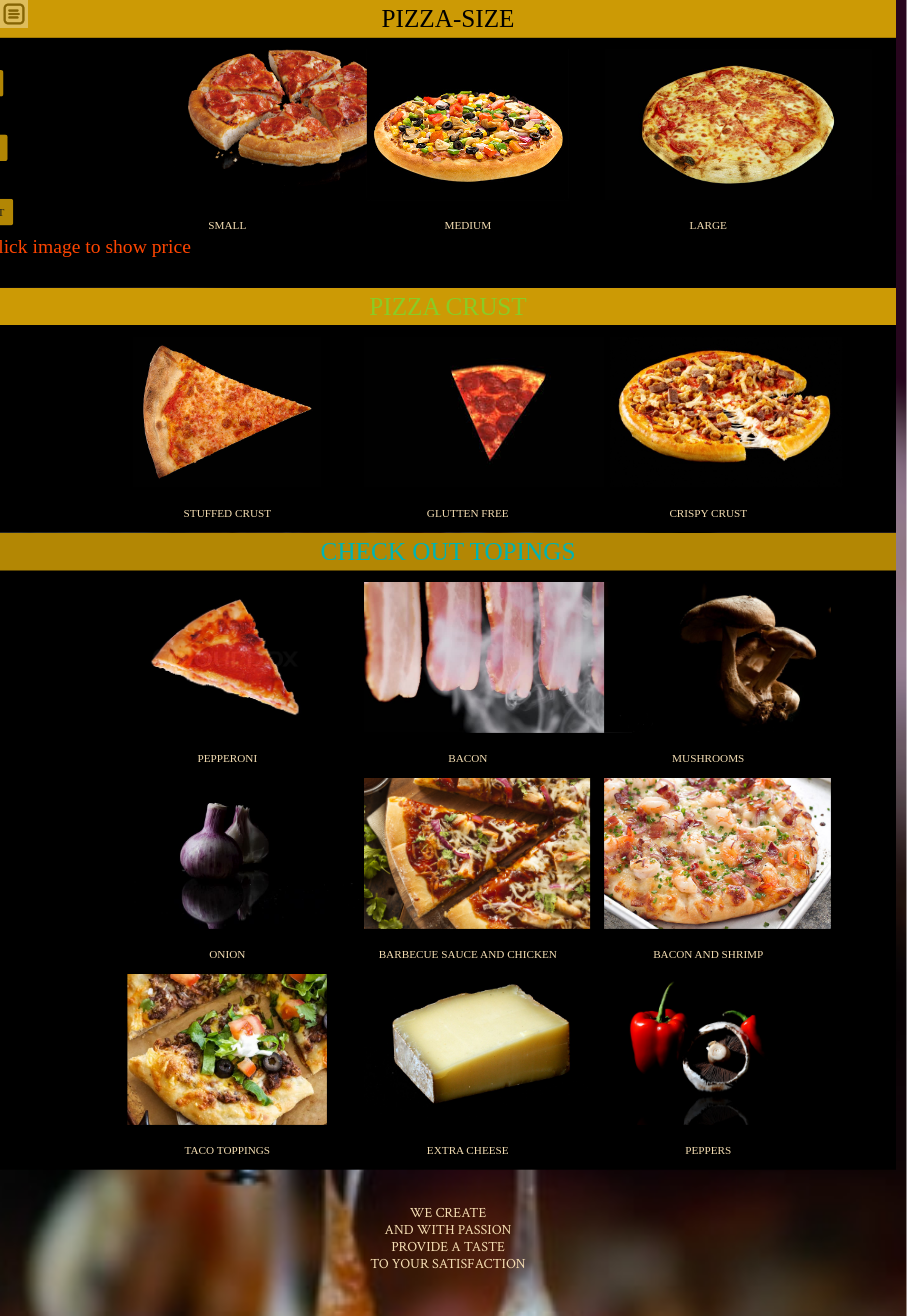
Repository: alexmwaura/MOREO--PIZZA-IP4
Page: mine.html
These files come from the project's save history. The page is drawn as it stood at one moment and after the next save; the edit follows.
The browser window is 1280 px wide. The page is 1303 px wide, so the pictures cover 1303 px, including what lies to the right of the window. The pictures show the part of the page from y = 0 to 1880 px (the page is 3153 px tall before and 3207 px after), at 70% of full size.
Some web fonts or font styles are not loaded; a fallback is used.

Above is the page before, as saved 2019-09-01 18:11:50.

### mine.html
<!DOCTYPE html>
<html lang="en">

<head>
    <meta charset="UTF-8">
    <meta name="viewport" content="width=device-width, initial-scale=1.0">
    <meta http-equiv="X-UA-Compatible" content="ie=edge">

    <title> MOREO RESTAURANT</title>

    <link href="https://fonts.googleapis.com/css?family=Kaushan+Script&display=swap" rel="stylesheet">
    <link href="https://fonts.googleapis.com/css?family=Pacifico|Rancho&display=swap" rel="stylesheet">
    <link href="https://fonts.googleapis.com/css?family=Crimson+Text&display=swap" rel="stylesheet">

    <link rel="stylesheet" href="./CSS/bootstrap.css">
    <link rel="stylesheet" href="./CSS/styles.css">
    <script src="./SCRIPTS/jquery-3.4.1.js"></script>
    <script src="./SCRIPTS/scripts.js"></script>
</head>

<body>
    <nav>
        <a href="#" class="nav-toggle-btn bg-success"></a>
        <ul>
            <li><a href="./index.html" class="btn bg-warning" style="margin-left: -14%">HOME</a></li><br><br>
            <li><a href="#pizza" class="btn bg-warning" style="margin-left: -15%">ORDER</a></li><br><br>
            <li><a href="#nav" class="btn bg-warning" style="margin-left: -35%">CONTACT</a></li>
        </ul>
    </nav>

    <div class="content">


            <div class="address">
                    <div class="">



                        <div class="bg-warning" id="pizza-crust" style="opacity: 0.8">

                            <p style="color: black">PIZZA-SIZE</p>

                        </div>

                        <div class="row">

                            &nbsp;&nbsp;&nbsp;&nbsp;&nbsp;&nbsp;&nbsp;&nbsp;&nbsp;&nbsp;&nbsp;&nbsp;&nbsp;&nbsp;&nbsp;&nbsp;&nbsp;&nbsp;&nbsp;&nbsp;&nbsp;&nbsp;&nbsp;&nbsp;&nbsp;&nbsp;&nbsp;&nbsp;&nbsp;&nbsp;&nbsp;&nbsp;&nbsp;&nbsp;&nbsp;&nbsp;&nbsp;&nbsp;&nbsp;&nbsp;&nbsp;&nbsp;&nbsp;&nbsp;

                            <div class="col-lg-3 col-md-3 col-sm-3">
                                <div id="workS1">
                                    <img src="./IMAGES/small2.png" alt="" class="img-fluid-S1"><br><br>

                                    <div class="overlay">
                                        <div class="line">
                                            <p class="trial1">SMALL</p>
                                            <p class="pS1">
                                                    <h5 class="pS1"><strong> PRICE: <br>
                                                        <em><h1 style="font-size: 10vh">500 ksh</h1></em><br>
                                                    </strong></h5>
                                            </p>

                                        </div>

                                    </div>

                                </div>



                            </div>
                            &nbsp;&nbsp;&nbsp;&nbsp;

                            <div class="col-lg-3 col-md-3 col-sm-3">
                                <div id="workS2">
                                    <img src="./IMAGES/medium.jpg" alt="" class="img-fluid-S2"><br><br>

                                    <div class="overlay">
                                        <div class="line">
                                            <p class="trialS2">MEDIUM </p>
                                            <p class="pS2">
                                                    <h5 class="pS2"><strong> PRICE: <br>
                                                        <em><h1 style="font-size: 10vh">700 ksh</h1></em><br>
                                                    </strong></h5>
                                            </p>



                                        </div>

                                    </div>

                                </div>

                            </div>

                            &nbsp;&nbsp;&nbsp;&nbsp;


                            <div class="col-lg-3 col-md-3 col-sm-3">
                                <div id="workS3">
                                    <img src="./IMAGES/large4.jpg" alt="" class="img-fluid-S3 "><br><br>

                                    <div class="overlay">
                                        <div class="line">
                                            <p class="trialS3">LARGE</p>
                                            <p class="pS3">
                                                    <h5 class="pS3"><strong> PRICE: <br>
                                                        <em><h1 style="font-size: 10vh">1000 ksh</h1></em><br>
                                                </strong></h5>
                                            </p>


                                        </div>

                                    </div>

                                </div>

                            </div>

                            <div class="form-group">
                                <h3 style="color: orangered" style="font-size: 10vh" class="price"> click image to show price</h3>
                            </div>


                        </div>

                    </div>

                </div>







        <div class="address">
            <div class="">



                <div class="bg-warning" id="pizza-crust" style="opacity: 0.8">

                    <p style="color:greenyellow">PIZZA CRUST</p>

                </div>

                <div class="row">

                    &nbsp;&nbsp;&nbsp;&nbsp;&nbsp;&nbsp;&nbsp;&nbsp;&nbsp;&nbsp;&nbsp;&nbsp;&nbsp;&nbsp;&nbsp;&nbsp;&nbsp;&nbsp;&nbsp;&nbsp;&nbsp;&nbsp;&nbsp;&nbsp;&nbsp;&nbsp;&nbsp;&nbsp;&nbsp;&nbsp;&nbsp;&nbsp;&nbsp;&nbsp;&nbsp;&nbsp;&nbsp;&nbsp;&nbsp;&nbsp;&nbsp;&nbsp;&nbsp;&nbsp;

                    <div class="col-lg-3 col-md-3 col-sm-3">
                        <div id="work1">
                            <img src="./IMAGES/stuffed5.jpg" alt="" class="img-fluid-1"><br><br>

                            <div class="overlay">
                                <div class="line">
                                    <p class="trial1">STUFFED CRUST</p>
                                    <p class="p1">
                                        <h5 class="p1"><strong> PRICE: <br>
                                            <em>SMALL; KSH 100</em><br>
                                            <em>MEDIUM; KSH 150</em><br>
                                            <em>LARGE; KSH 200</em>
                                        </strong></h5>
                                    </p>

                                </div>

                            </div>

                        </div>



                    </div>
                    &nbsp;&nbsp;&nbsp;&nbsp;

                    <div class="col-lg-3 col-md-3 col-sm-3">
                        <div id="work2">
                            <img src="./IMAGES/glutten5.jpeg" alt="" class="img-fluid-2"><br><br>

                            <div class="overlay">
                                <div class="line">
                                    <p class="trial2">GLUTTEN FREE </p>
                                    <p class="p2">
                                        <h5 class="p2"><strong> PRICE: <br>
                                            <em>SMALL; KSH 50</em><br>
                                            <em>MEDIUM; KSH 100</em><br>
                                            <em>LARGE; KSH 150</em>
                                        </strong></h5>
                                    </p>



                                </div>

                            </div>

                        </div>

                    </div>

                    &nbsp;&nbsp;&nbsp;&nbsp;


                    <div class="col-lg-3 col-md-3 col-sm-3">
                        <div id="work3">
                            <img src="./IMAGES/crispy3.jpg" alt="" class="img-fluid-3 "><br><br>

                            <div class="overlay">
                                <div class="line">
                                    <p class="trial3">CRISPY CRUST</p>
                                    <p class="p3">
                                        <h5 class="p3"><strong> PRICE: <br>
                                            <em>SMALL; KSH 100</em><br>
                                            <em>MEDIUM; KSH 150</em><br>
                                            <em>LARGE; KSH 200</em>
                                        </strong></h5>
                                    </p>


                                </div>

                            </div>

                        </div>

                    </div>



                </div>

            </div>

        </div>



        <div class="dance">

            <div class="">

                <div class="bg-warning" id="pizza-toppings" style="opacity: 0.7">
                    <p style="color: aqua">CHECK OUT TOPINGS</p>

                </div>

                <div class="row">

                    &nbsp;&nbsp;&nbsp;&nbsp;&nbsp;&nbsp;&nbsp;&nbsp;&nbsp;&nbsp;&nbsp;&nbsp;&nbsp;&nbsp;&nbsp;&nbsp;&nbsp;&nbsp;&nbsp;&nbsp;&nbsp;&nbsp;&nbsp;&nbsp;&nbsp;&nbsp;&nbsp;&nbsp;&nbsp;&nbsp;&nbsp;&nbsp;&nbsp;&nbsp;&nbsp;&nbsp;&nbsp;&nbsp;&nbsp;&nbsp;&nbsp;&nbsp;&nbsp;&nbsp;

                    <div class="col-lg-3 col-md-3 col-sm-3">
                        <div id="work4">
                            <img src="./IMAGES/pepporoni3.jpg" alt="" class="img-fluid-4"><br><br>

                            <div class="overlay">
                                <div class="line">
                                    <p class="trial4">PEPPERONI</p>
                                    <p class="p4">
                                        <h5 class="p4"><strong> PRICE: <br>
                                            <em>SMALL; KSH 50</em><br>
                                            <em>MEDIUM; KSH 70</em><br>
                                            <em>LARGE; KSH 100</em>
                                        </strong></h5>
                                    </p>


                                </div>

                            </div>

                        </div>

                    </div>




                    &nbsp;&nbsp;&nbsp;&nbsp;


                    <div class="col-lg-3 col-md-3 col-sm-3">
                        <div id="work5">
                            <img src="./IMAGES/bacon2.jpg" alt="" class="img-fluid-5"><br><br>

                            <div class="overlay">
                                <div class="line">
                                    <p class="trial5">BACON </p>
                                    <p class="p5">
                                        <h5 class="p5"><strong> PRICE: <br>
                                            <em>SMALL; KSH 80</em><br>
                                            <em>MEDIUM; KSH 100</em><br>
                                            <em>LARGE; KSH 150</em>
                                        </strong></h5>
                                    </p>


                                </div>

                            </div>

                        </div>

                    </div>

                    &nbsp;&nbsp;&nbsp;&nbsp;


                    <div class="col-lg-3 col-md-3 col-sm-3">
                        <div id="work6">
                            <img src="./IMAGES/mushroom3.jpg" alt="" class="img-fluid-6"><br><br>

                            <div class="overlay">
                                <div class="line">
                                    <p class="trial6">MUSHROOMS</p>
                                    <p class="p6">
                                        <h5 class="p6"><strong> PRICE: <br>
                                            <em>SMALL; KSH 80</em><br>
                                            <em>MEDIUM; KSH 120</em><br>
                                            <em>LARGE; KSH 150</em>
                                        </strong></h5>
                                    </p>


                                </div>

                            </div>

                        </div>

                    </div>



                </div>

                <div class="row">

                    &nbsp;&nbsp;&nbsp;&nbsp;&nbsp;&nbsp;&nbsp;&nbsp;&nbsp;&nbsp;&nbsp;&nbsp;&nbsp;&nbsp;&nbsp;&nbsp;&nbsp;&nbsp;&nbsp;&nbsp;&nbsp;&nbsp;&nbsp;&nbsp;&nbsp;&nbsp;&nbsp;&nbsp;&nbsp;&nbsp;&nbsp;&nbsp;&nbsp;&nbsp;&nbsp;&nbsp;&nbsp;&nbsp;&nbsp;&nbsp;&nbsp;&nbsp;&nbsp;&nbsp;

                    <div class="col-lg-3 col-md-3 col-sm-3">
                        <div id="work7">
                            <img src="./IMAGES/onions2.jpg" alt="" class="img-fluid-7"><br><br>

                            <div class="overlay">
                                <div class="line">
                                    <p class="trial4">ONION</p>
                                    <p class="p7">
                                        <h5 class="p7"><strong> PRICE: <br>
                                            <em>SMALL; KSH 20</em><br>
                                            <em>MEDIUM; KSH 30</em><br>
                                            <em>LARGE; KSH 30</em>
                                        </strong></h5>
                                    </p>


                                </div>

                            </div>

                        </div>

                    </div>




                    &nbsp;&nbsp;&nbsp;&nbsp;


                    <div class="col-lg-3 col-md-3 col-sm-3">
                        <div id="work8">
                            <img src="./IMAGES/barbecue.jpg" alt="" class="img-fluid-8"><br><br>

                            <div class="overlay">
                                <div class="line">
                                    <p class="trial5">BARBECUE SAUCE AND CHICKEN </p>
                                    <p class="p8">
                                        <h5 class="p8"><strong> PRICE: <br>
                                            <em>SMALL; KSH 100</em><br>
                                            <em>MEDIUM; KSH 150</em><br>
                                            <em>LARGE; KSH 200</em>
                                        </strong></h5>
                                    </p>


                                </div>

                            </div>

                        </div>

                    </div>

                    &nbsp;&nbsp;&nbsp;&nbsp;


                    <div class="col-lg-3 col-md-3 col-sm-3">
                        <div id="work9">
                            <img src="./IMAGES/shrimp.jpg" alt="" class="img-fluid-9"><br><br>

                            <div class="overlay">
                                <div class="line">
                                    <p class="trial6">BACON AND SHRIMP</p>
                                    <p class="p9">
                                        <h5 class="p9"><strong> PRICE: <br>
                                            <em>SMALL; KSH 80</em><br>
                                            <em>MEDIUM; KSH 100</em><br>
                                            <em>LARGE; KSH 150</em>
                                        </strong></h5>
                                    </p>


                                </div>

                            </div>

                        </div>

                    </div>



                </div>


                <div class="row">

                    &nbsp;&nbsp;&nbsp;&nbsp;&nbsp;&nbsp;&nbsp;&nbsp;&nbsp;&nbsp;&nbsp;&nbsp;&nbsp;&nbsp;&nbsp;&nbsp;&nbsp;&nbsp;&nbsp;&nbsp;&nbsp;&nbsp;&nbsp;&nbsp;&nbsp;&nbsp;&nbsp;&nbsp;&nbsp;&nbsp;&nbsp;&nbsp;&nbsp;&nbsp;&nbsp;&nbsp;&nbsp;&nbsp;&nbsp;&nbsp;&nbsp;&nbsp;&nbsp;&nbsp;

                    <div class="col-lg-3 col-md-3 col-sm-3">
                        <div id="work10">
                            <img src="./IMAGES/taco.jpg" alt="" class="img-fluid-10"><br><br>

                            <div class="overlay">
                                <div class="line">
                                    <p class="trial4">TACO TOPPINGS</p>
                                    <p class="p10">
                                        <h5 class="p10"><strong> PRICE: <br>
                                            <em>SMALL; KSH 100</em><br>
                                            <em>MEDIUM; KSH 150</em><br>
                                            <em>LARGE; KSH 200</em>
                                        </strong></h5>
                                    </p>


                                </div>

                            </div>

                        </div>

                    </div>




                    &nbsp;&nbsp;&nbsp;&nbsp;


                    <div class="col-lg-3 col-md-3 col-sm-3">
                        <div id="work11">
                            <img src="./IMAGES/cheese4.jpg" alt="" class="img-fluid-11"><br><br>

                            <div class="overlay">
                                <div class="line">
                                    <p class="trial5">EXTRA CHEESE </p>
                                    <p class="p11">
                                        <h5 class="p11"><strong> PRICE: <br>
                                            <em>SMALL; KSH 80</em><br>
                                            <em>MEDIUM; KSH 120</em><br>
                                            <em>LARGE; KSH 150</em>
                                        </strong></h5>
                                    </p>


                                </div>

                            </div>

                        </div>

                    </div>

                    &nbsp;&nbsp;&nbsp;&nbsp;


                    <div class="col-lg-3 col-md-3 col-sm-3">
                        <div id="work12">
                            <img src="./IMAGES/pepper1.jpg" alt="" class="img-fluid-12"><br><br>

                            <div class="overlay">
                                <div class="line">
                                    <p class="trial6">PEPPERS</p>
                                    <p class="p12">
                                        <h5 class="p12"><strong> PRICE: <br>
                                            <em>SMALL; KSH 20</em><br>
                                            <em>MEDIUM; KSH 30</em><br>
                                            <em>LARGE; KSH 30</em>
                                        </strong></h5>
                                    </p>


                                </div>

                            </div>

                        </div>

                    </div>



                </div>


            </div>





        </div>

        <div id="trial">


            <div id="pizza">
                <h2 class="pizza">WE CREATE <br>AND WITH PASSION <br> PROVIDE A TASTE <br> TO YOUR SATISFACTION</h2>
                <br><br>
                <h1>FILL IN DETAILS TO START YOUR ORDER:</h1>


            </div><br><br>



        </div>







        <form id="form" class="container">





            <div class="final">





                    <div class="bg-dark" id="pizza-size">
                            <label class="form-control bg-warning" style="font-size: 20px;" >CHOOSE SIZE</label>
                            <h4>Small</h4>
                            <input type="radio" name="size" value="Small" id="small">
                            <h4>Medium</h4>
                            <input type="radio" name="size" value="Medium" id="medium">
                            <h4>Large</h4>
                            <input type="radio" name="size" value="Large" id="large">
                        </div>


                        <div class="bg-dark" id="choose">
                            <label class="form-control bg-warning" style="font-size: 20px;">CHOOSE CRUST</label>
                            <h4>Crispy</h4>
                            <input type="radio" value="Crispy" name="crust" id="crispy">
                            <h4>Stuffed</h4>
                            <input type="radio" value="Stuffed" name="crust" id="stuffed">
                            <h4>glutten free</h4>
                            <input type="radio" value="Gluten-free" name="crust" id="gluten">
                        </div><br><br>







                        <select id="toppings" class="form-control-range btn-dark">

                            <option value="" disabled selected>TOPPINGS</option>
                            <div>
                                <option value="Mushrooms" id="mushrooms">Mushrooms</option>
                            <option value="Onions" id="onions">Onions</option>
                            <option value="Pepperoni" id="peppe">Pepperoni</option>
                            <option value="Bacon" id="bacon">Bacon and shrimp</option>
                            <option value="Barbecue" id="chicken">Barbecue sauce and chicken</option>
                            <option value="taco" id="taco">Taco toppings</option>
                            <option value="Cheese" id="cheese">Extra cheese</option>
                            <option value="Peppers" id="green">Green peppers</option>
                            <option value="Peppers" id="green">Red peppers</option>
                            <option value="Peppers" id="green">Yellow peppers</option>
                            </div>

                        </select>


                        <div class="card-body">
                            <label for="delivery" id="delivery">
                                <h3>Delivery charges: </h3>
                            </label>
                            <label for="charges" id="charges">300</label><br>
                            <label for="details" id="order" class="form-control bg-warning" style="opacity: 0.6;">
                                <h3 style="color: darkred">check out order:</h3>
                            </label><br>
                            <button id="check" type="submit">Checkout</button><br>
                            <label id="details"></label>


                            <label id="total" class="bg-warning form-control" style="display: none; opacity: 0.4;">

                                <label for="price" id="price">

                                </label>
                                <label for="amount" id="pizza-amount">
                                    <h3></h3>
                                </label>

                            </label>

                        </div> <br>


            </div>

            <div class="border-dark">
                <div class="jumbotron">
                    <label class="form-control bg-warning" style="font-size: 25px;" >NUMBER OF PIZZA</label>
                    <input  class="form-control-range badge-pill" type="number" min="1" id="number">
                </div>


            </div>

            <div class="container">

                <button id="pick" type="submit">Pickup</button>
                <button id="deliver" type="submit">Deliver</button>

            </div>

        </form>
















    </div>
















</body>

Loaded but not shown: CSS/bootstrap.css (library); SCRIPTS/jquery-3.4.1.js (library); SCRIPTS/scripts.js (351 lines, source omitted); CSS/styles.css (363 lines, source omitted)

After the next save:
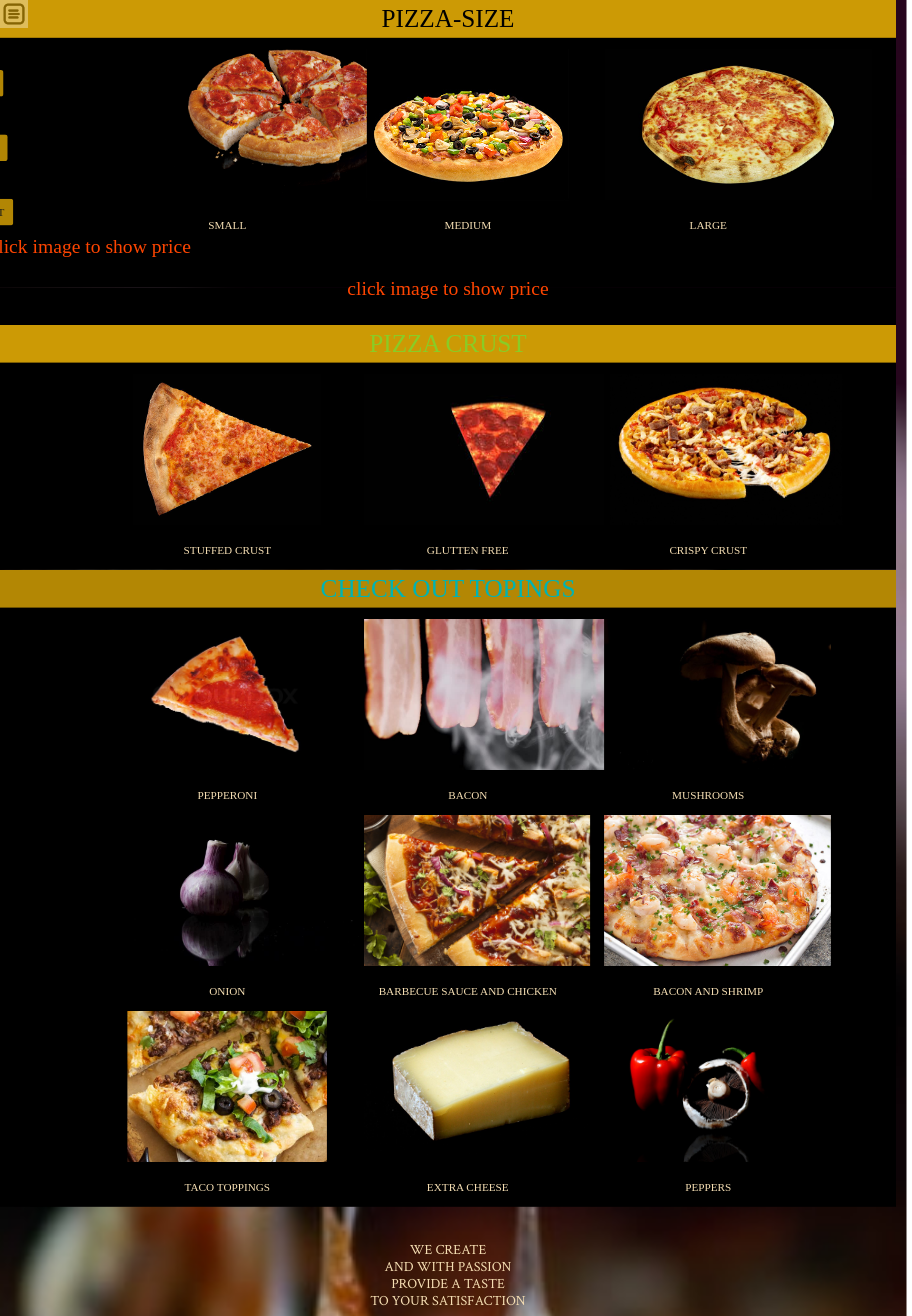
Saved 32 min 1 s later.
--- a/mine.html
+++ b/mine.html
@@ -138,6 +138,9 @@
         <div class="address">
             <div class="">
 
+                <div class="form-group">
+                    <h3 style="color: orangered" style="font-size: 10vh" class="price"> click image to show price</h3>
+                </div>
 
 
                 <div class="bg-warning" id="pizza-crust" style="opacity: 0.8">
